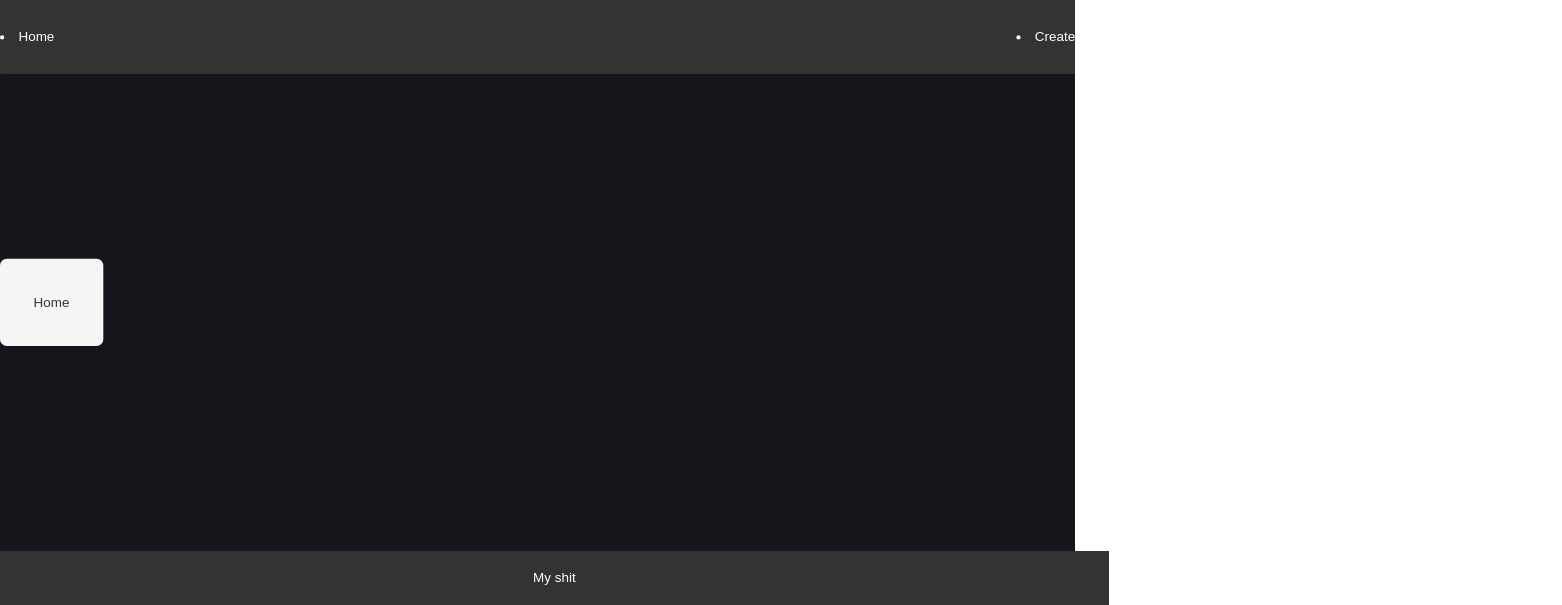
Repository: CarlosFranchN/myReact-supabase
Page: /
The author's editor kept a copy of each file at every save. The page is drawn from the files as they stood at one save, then again after the next save.
The browser window is 1280 px wide. The page is 1280 px wide, then 1859 px, so the pictures cover 1859 px, including what lies to the right of the window. The pictures show the whole page, at 84% of full size.
The project was rebuilt for these pictures with package versions that can differ from the ones it lists, and the page was loaded fresh each time. Also part of the build but not shown: vite.config.js, src/pages/Create/index.jsx.

Above is the page before, as saved 2024-11-14 14:25:58.

### src/App.jsx

import { BrowserRouter, Route, Routes } from 'react-router-dom'
import './App.css'
import { Home } from './pages/Home/Home'
import { Layout } from './components/Layout'
import { Create } from './pages/Create'

function App() {


  return (
    <>
      <BrowserRouter>
        <Routes>
          <Route path='/' element={<Layout/>} >
            <Route index element={<Home/>} />
            <Route path='/create' element={<Create/>} />

          </Route>
        </Routes>
      </BrowserRouter>
    </>
  )
}

export default App

### src/App.css
body {
  background-color: #16161d;
  color: white;
}
section {
  display: grid;
  grid-template-columns: repeat(3, 1fr);
  gap: 10px;
}
section div {
  background-color: #17176b;
  padding: 20px;
  border-radius: 15px;
  margin: 15px;
  color: rgb(255, 255, 255);
}
a {
  text-decoration: none;
  color: rgb(255, 255, 255);
}

### src/pages/Home/Home.jsx
import React from 'react'
import supabase from '../../config/supaBaseClient'


export const Home = () => {
    console.log(supabase)
    return (
    <div>Home</div>
  )
}

### src/components/Layout/index.jsx
import React from 'react'
import { LayoutCabecalho, LayoutFooter, LayoutFooterP, LayoutMain } from './style'
import {Link, Outlet } from 'react-router-dom'
import styled from 'styled-components'

export const Layout = () => {
  return (
    <>
        <nav>
            <LayoutCabecalho>
            <li>
                <Link to={"/"}>Home</Link>
                </li>
                <li>
                <Link to={"/create"}>Create</Link>
                </li>


            </LayoutCabecalho>
        </nav>
        <LayoutMain>
            <Outlet/>
        </LayoutMain>
        <LayoutFooter>
            <LayoutFooterP>My shit</LayoutFooterP>
        </LayoutFooter>
    </>
  )
}

### src/config/supaBaseClient.jsx

import { createClient } from '@supabase/supabase-js'

const supabaseUrl = 'https://ytabyfdnpzqccxsfantj.supabase.co'
const supabaseKey = 'eyJhbGciOiJIUzI1NiIsInR5cCI6IkpXVCJ9.eyJpc3MiOiJzdXBhYmFzZSIsInJlZiI6Inl0YWJ5ZmRucHpxY2N4c2ZhbnRqIiwicm9sZSI6ImFub24iLCJpYXQiOjE3MzE0NjY3MzQsImV4cCI6MjA0NzA0MjczNH0.feVRQBaTaEatsVG9XK4t162-65IogKVRz1hbNMabCec'
const supabase = createClient(supabaseUrl, supabaseKey)

export default supabase

### src/components/Layout/style.jsx
import styled from "styled-components";

export const LayoutCabecalho = styled.header`
  display: flex;
  justify-content: space-between;
  align-items: center;
  width: 100vw;
  background-color: #333;
  color: #fff;
  padding: 2rem 0 ;

  text-align: center;
  font-family: Arial, sans-serif;
  box-shadow: 0 2px 4px rgba(0, 0, 0, 0.1);
  position: absolute;
  top: 0;

`;

export const LayoutFooter = styled.footer`
     background-color: #333; /* Cor de fundo */
    color: #fff; /* Cor do texto */
    text-align: center; /* Centraliza o texto */
    padding: 20px; /* Espaçamento interno */
    position: fixed; /* Fixa o footer na parte inferior da tela */
    width: 100%; /* Ocupa 100% da largura */
    bottom: 0; /* Fica grudado no final da página */
    font-size: 16px; /* Tamanho da fonte */
    font-family: Arial, sans-serif; /* Fonte */
`
export const LayoutFooterP = styled.p`
     margin: 0;

`

export const LayoutMain = styled.main`
background-color: #f5f5f5;
padding: 40px;
margin: 20px auto;
max-width: 1200px;
border-radius: 8px;
box-shadow: 0 4px 8px rgba(0, 0, 0, 0.1);
font-family: Arial, sans-serif;
color: #333;
text-align: center;


`

Loaded but not shown: index.html (common file); src/main.jsx (common file); src/index.css (common file)

After the next save:
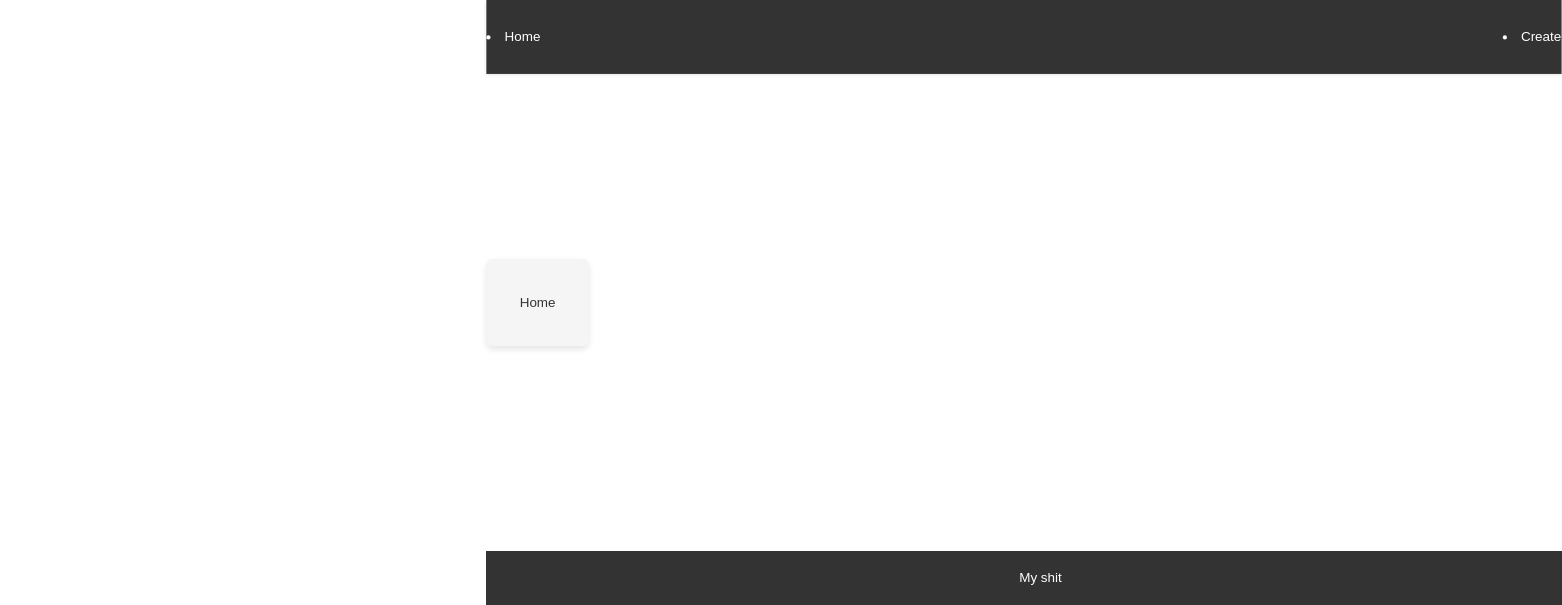
Saved 54 s later.
--- a/src/App.css
+++ b/src/App.css
@@ -1,6 +1,9 @@
 body {
-  background-color: #16161d;
-  color: white;
+  display: flex;
+  justify-content: center;
+  align-items: center;
+  height: 100vh;
+  margin: 0;
 }
 section {
   display: grid;
